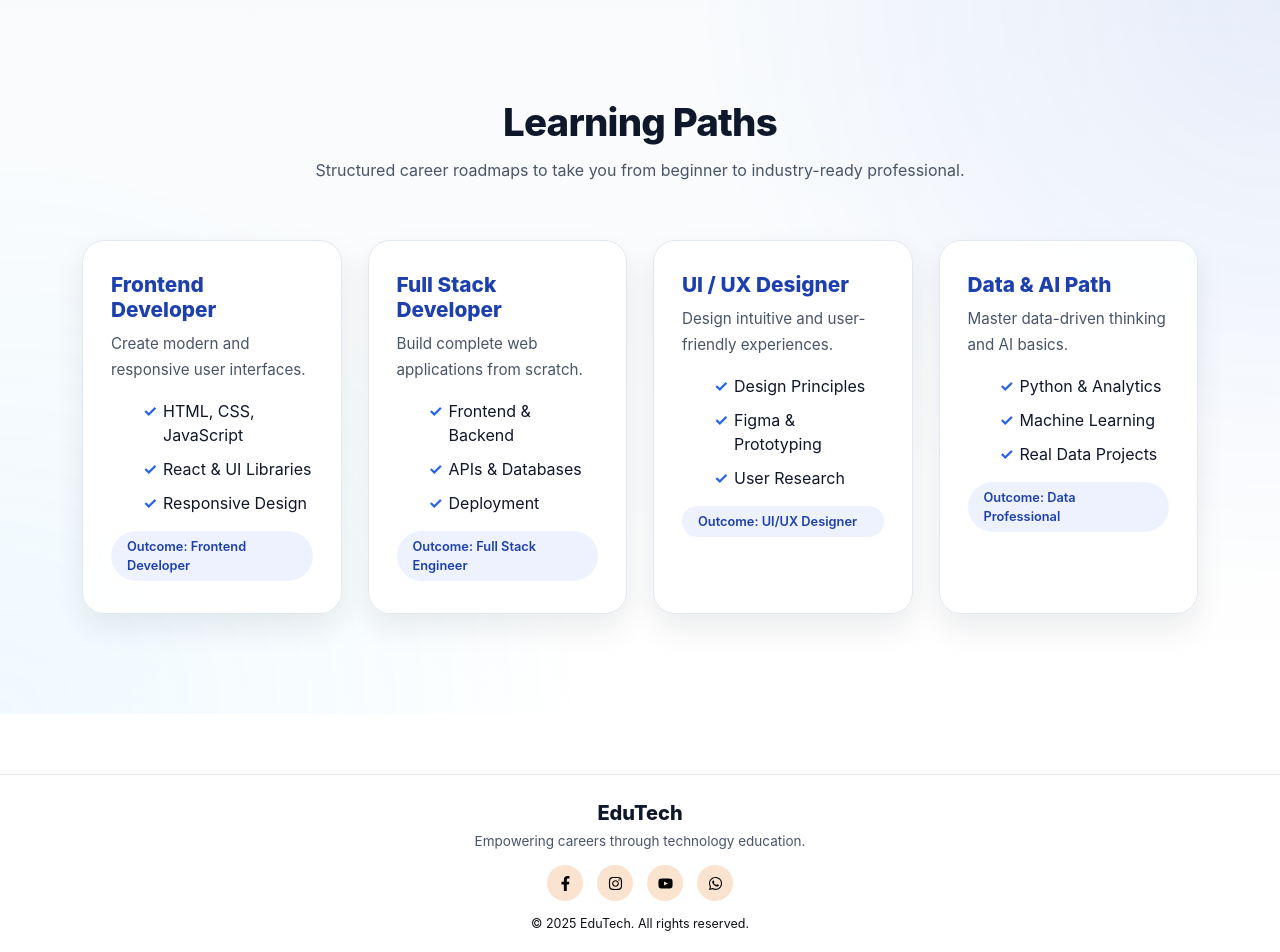
Repository: Aswin74k/project-2
Page: /
An editor plug-in stored every save of this project. The page is shown before and after a run of saves, followed by the edit.
The browser window is 1280 px wide. The pictures show the part of the page from y = 2045 to 2997 px (the page is 2997 px tall).
The project was rebuilt for these pictures with package versions that can differ from the ones it lists, and the page was loaded fresh each time. Also part of the build but not shown: vite.config.js, src/project/course.css, src/project/Course.jsx, src/project/About.css, src/project/About.jsx, src/project/Enroll.css, src/project/Enroll.jsx, src/project/contact.css and 2 more.

Above is the page before, as saved 2025-12-25 19:46:38.

After the next 2 saves:
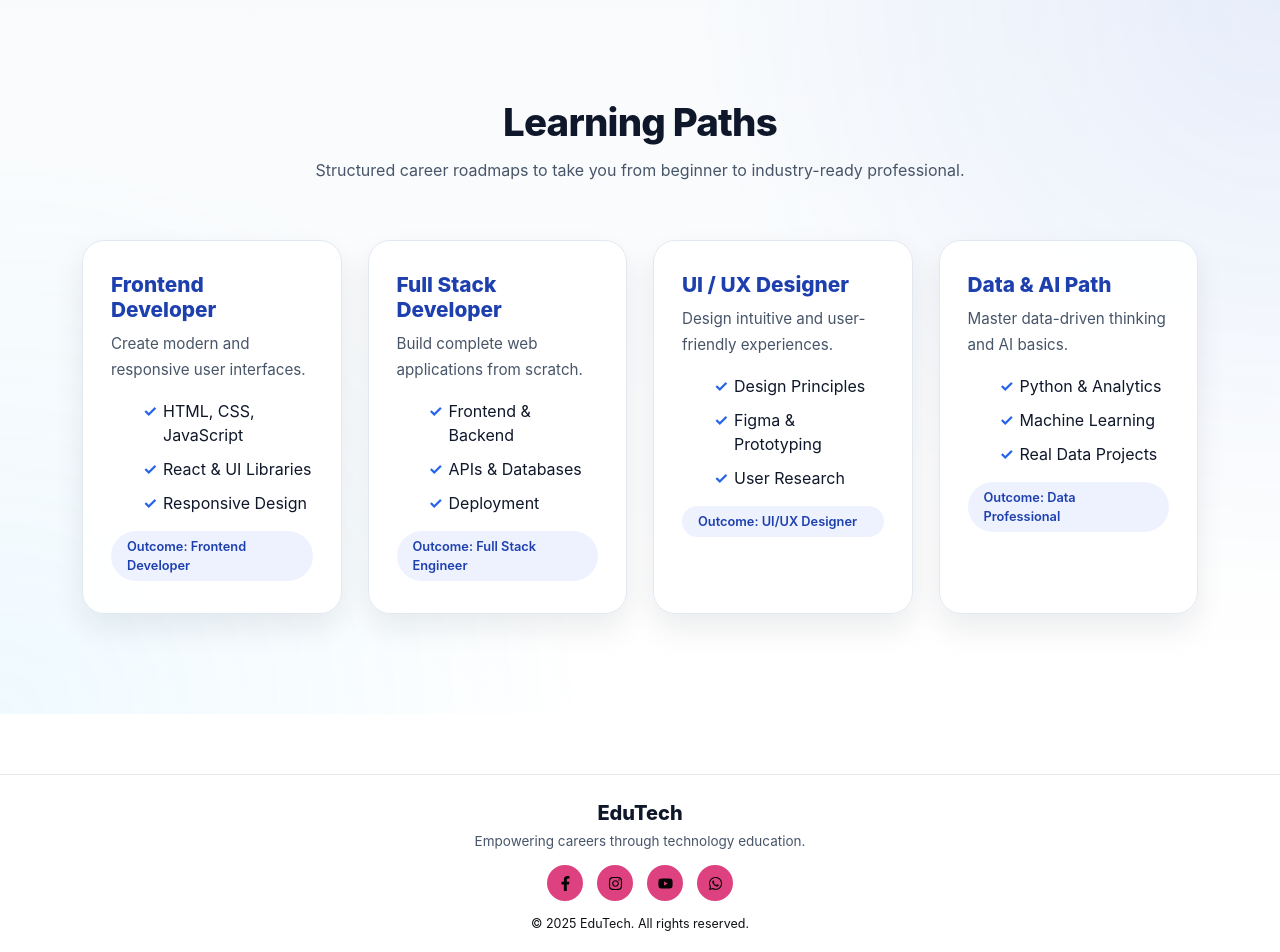
The 2 saves are shown as one change because they came seconds apart.
The last was saved 11 s later.
--- a/src/project/Home.css
+++ b/src/project/Home.css
@@ -314,7 +314,7 @@
 
 /* KEEP ICON COLORS SAME */
 .footer-social a {
-  background-color: rgb(250, 228, 207);
+  background-color: rgb(221, 65, 127);
   width: 36px;
   height: 36px;
   border-radius: 50%;
